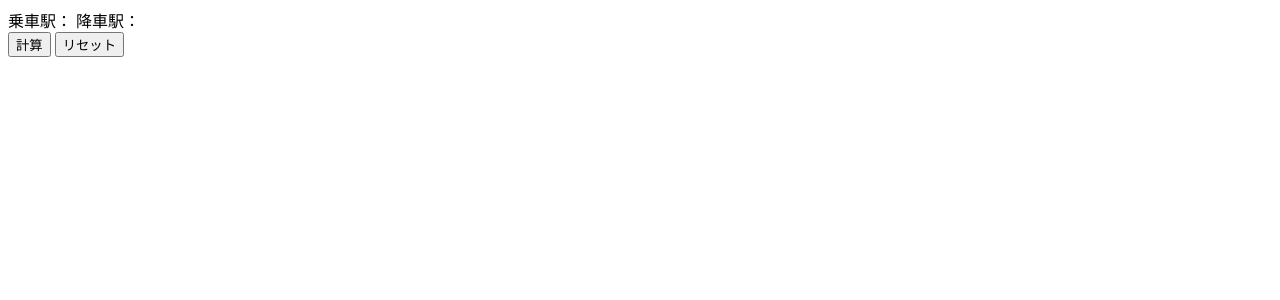
Repository: aiueo20/18ca0155
Page: http://localhost/kadai0603/ryoukin.jsp
These files come from the project's save history. The page is drawn as it stood at one moment and after the next save; the edit follows.
The browser window is 1280 px wide. The pictures show the whole page.
The page is served by Tomcat 9. Other server files are loaded and not shown.

Above is the page before, as saved 2019-01-21 02:36:39.

### SSP/kadai0603/WebContent/ryoukin.jsp
<%@ page language="java" contentType="text/html; charset=UTF-8"
    pageEncoding="UTF-8"%>
<!DOCTYPE html>
<html>
<head>
<meta charset="UTF-8">
<title>Insert title here</title>
</head>
<body>
乗車駅：

降車駅：
<br>
<input type="submit" value="計算">
<input type="reset" value="リセット" onclick="location.reload()">

</body>
</html>

After the next save:
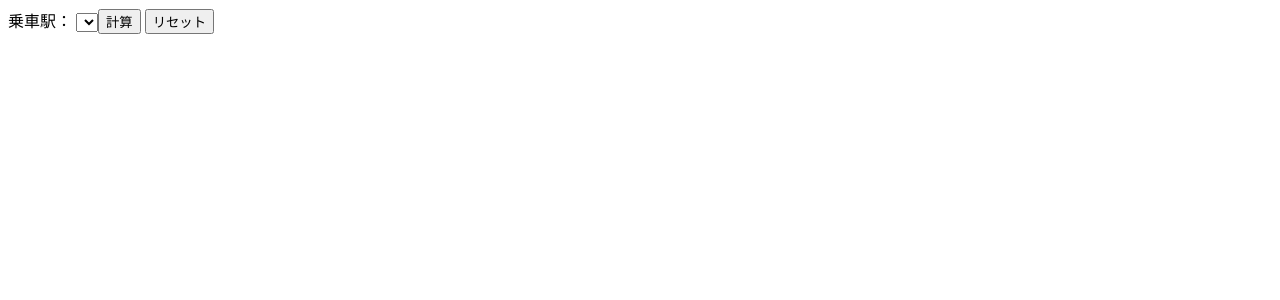
Saved 104 s later.
--- a/SSP/kadai0603/WebContent/ryoukin.jsp
+++ b/SSP/kadai0603/WebContent/ryoukin.jsp
@@ -8,6 +8,7 @@
 </head>
 <body>
 乗車駅：
+<select name="RideOn"
 
 降車駅：
 <br>
